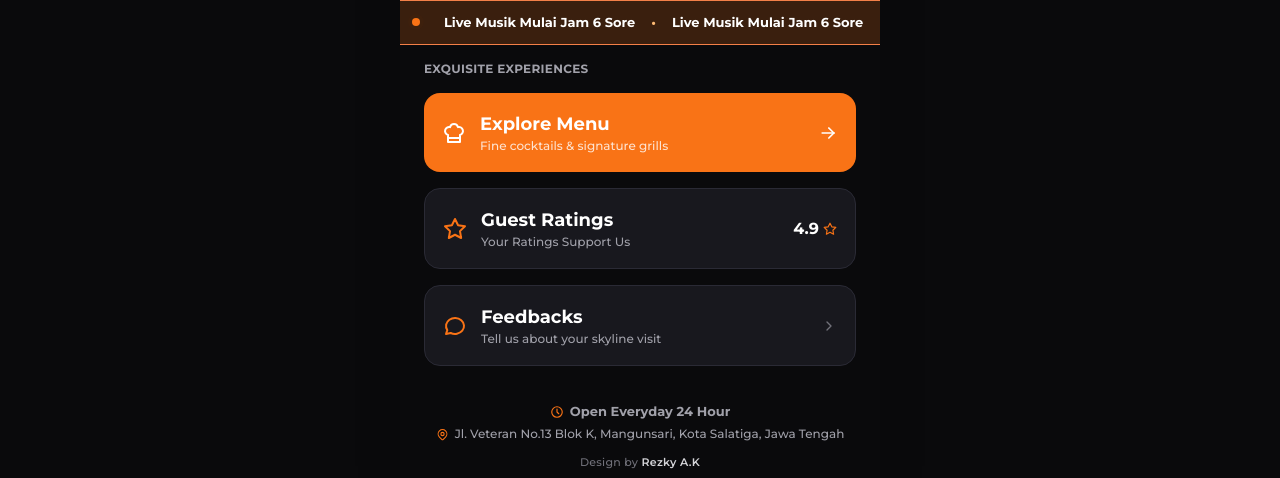
Repository: Warfail/qrmenu
Page: /
These files come from the project's save history. The page is drawn as it stood at one moment and after the next save; the edit follows.
The browser window is 1280 px wide. The pictures show the part of the page from y = 454 to 932 px (the page is 932 px tall).
The page's requests for data from a server got no answer. The project was rebuilt for these pictures with package versions that can differ from the ones it lists, and the page was loaded fresh each time. The framework's server and built-in components were replaced by stand-ins that run in the browser. No one was signed in, and anything a server would have sent is missing. Also part of the build but not shown: next.config.mjs, src/components/FeedbackModal.jsx, src/components/GoogleReviews.jsx, src/components/GuestRatingsModal.jsx.

Above is the page before, as saved 2026-08-15 20:18:29.

After the next save:
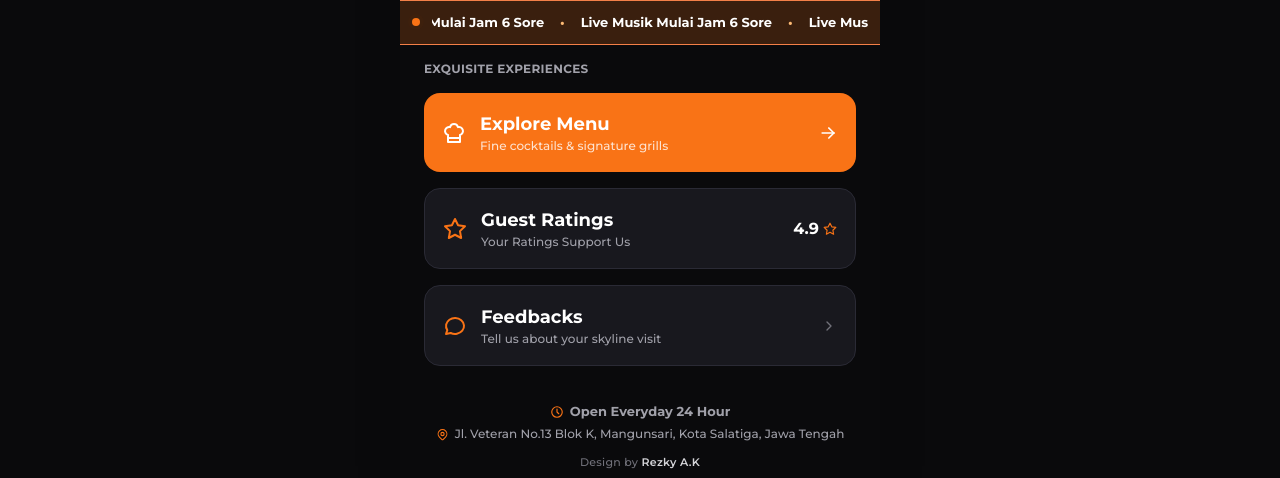
Saved 13 s later.
--- a/src/app/globals.css
+++ b/src/app/globals.css
@@ -51,3 +51,16 @@
 .animate-fade-in {
   animation: fade-in 0.25s ease-out;
 }
+
+@keyframes marquee {
+  0% {
+    transform: translateX(0);
+  }
+  100% {
+    transform: translateX(-50%);
+  }
+}
+
+.animate-marquee {
+  animation: marquee 20s linear infinite;
+}
